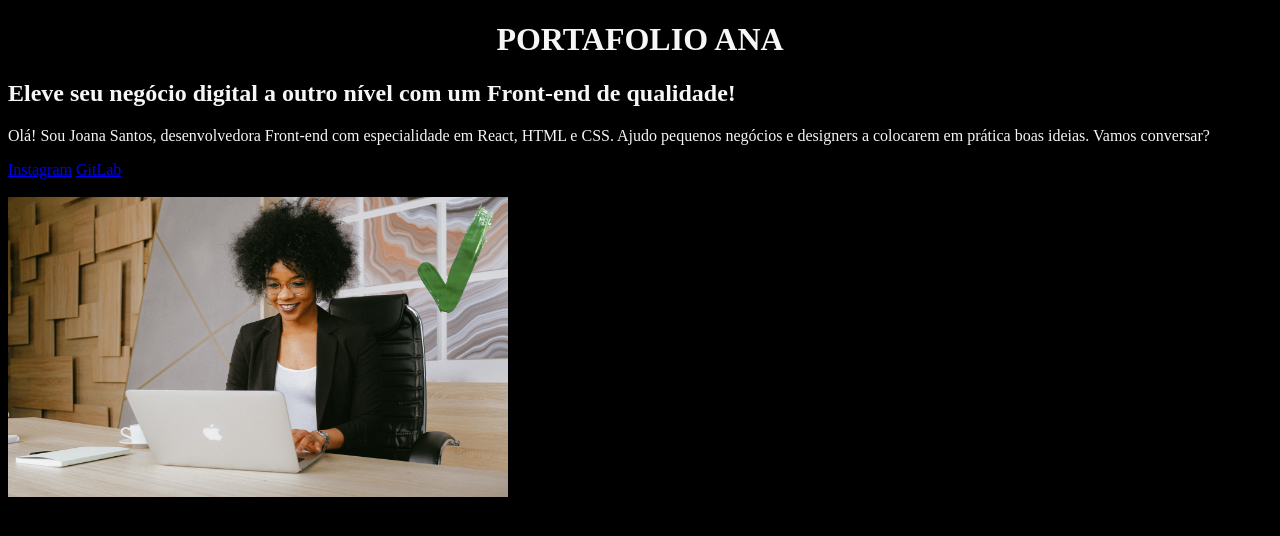
Repository: AnaFzCz/PROYECTOS-HTML---CSS2
Page: Portafolio/index.html
The author's editor kept a copy of each file at every save. The page is drawn from the files as they stood at one save, then again after the next save.
The browser window is 1280 px wide. The pictures show the whole page.

Above is the page before, as saved 2025-01-22 12:59:25.

### Portafolio/index.html
<!DOCTYPE html>
<html lang="en">
<head>
    <meta charset="UTF-8">
    <meta http-equiv="X-UA-Compatible" content="IE=edge">
    <meta name="viewport" content="width=device-width, initial-scale=1.0">
    <title>Portafolio</title>
    <link rel="stylesheet" href="style.css">
</head>
<body>
    <header>

    </header>
    <main>
        <h1 style="text-align: center;">PORTAFOLIO ANA</h1>
        <h2>Eleve seu negócio digital a outro nível <strong>com um Front-end de qualidade!</strong></h2>
        <p>Olá! Sou Joana Santos, desenvolvedora Front-end com especialidade em React, HTML e CSS. Ajudo pequenos negócios e designers a colocarem em prática boas ideias. Vamos conversar?</p>

        <div >
        <a href="https://instagram.com">Instagram</a>
        <a href="https://github.com/AnaFzCz">GitLab</a>
        <br>
        <br>
        <img src="home-office.jpg" alt="homeoffice" style="width:500px;height: 300px;">
        </div>
    </main>
    <footer></footer>
</body>
</html>

### Portafolio/style.css
body{
   background-color: black;
   color:#F6F6F6;

}
/*h1 {
    color: #333333;

}
button {
    background-color: green;
    color: white;

}
footer {
    background-color: gray;
    color: white;

}
a {
    color: DodgerBlue;

}*/

After the next save:
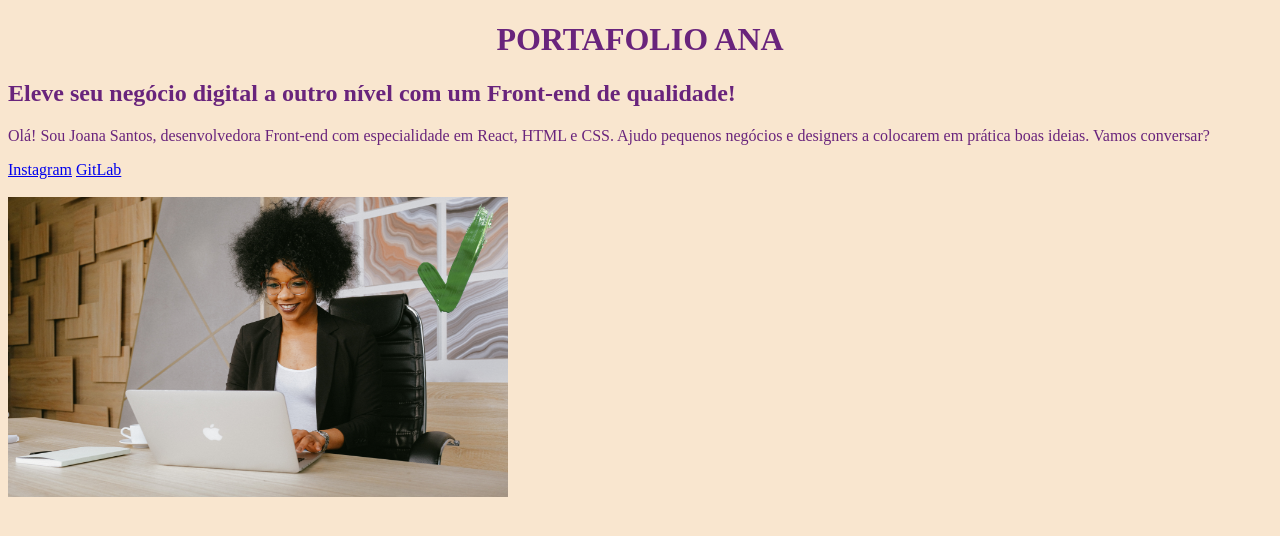
Saved 9 min 54 s later.
--- a/Portafolio/style.css
+++ b/Portafolio/style.css
@@ -1,6 +1,6 @@
 body{
-   background-color: black;
-   color:#F6F6F6;
+   background-color: #F9E6CF;
+   color:#69247C;
 
 }
 /*h1 {
